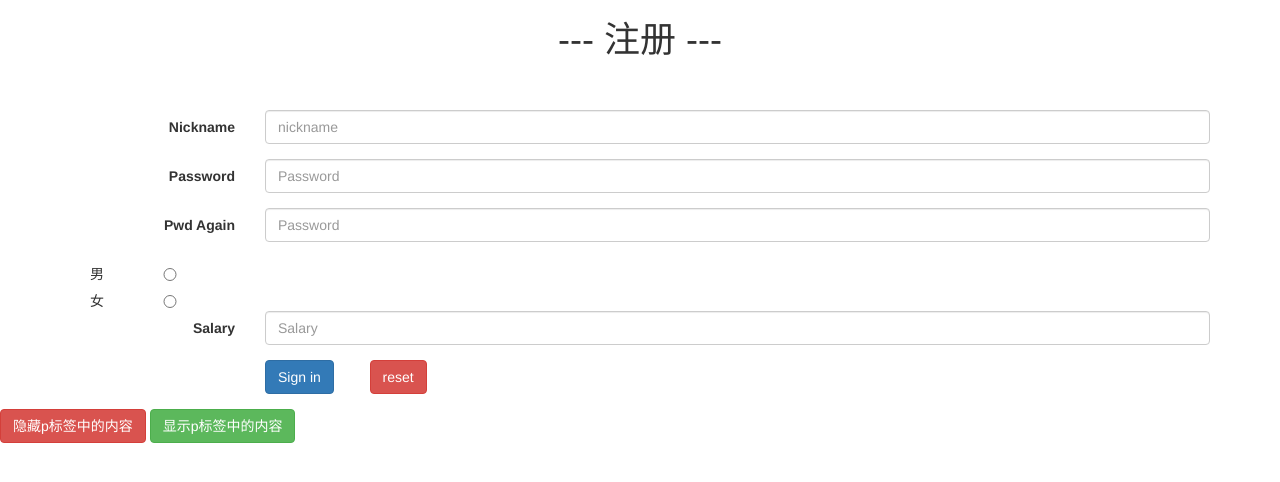
Repository: JuniorProjectTraining/free
Page: http://localhost/emss/register.jsp
An editor plug-in stored every save of this project. The page is shown before and after the next save, followed by the edit.
The browser window is 1280 px wide. The pictures show the whole page.
Some web libraries are served in a nearby version. The page is served by Tomcat 9. Other server files are loaded and not shown.

Above is the page before, as saved 2019-12-25 08:35:50.

### emss/src/main/webapp/register.jsp
<%@ page language="java" contentType="text/html; charset=UTF-8"
    pageEncoding="UTF-8"%>
<!DOCTYPE html>
<html lang="zh-CN">
<head>
<meta charset="UTF-8">
<title>注册界面</title>

<meta http-equiv="X-UA-Compatible" content="IE=edge">
<meta name="viewport" content="width=device-width, initial-scale=1">
<!-- 上述3个meta标签*必须*放在最前面，任何其他内容都*必须*跟随其后！ -->
<title>Bootstrap 101 Template</title>

<!-- 引入jquery框架 -->
<script src="https://cdn.staticfile.org/jquery/1.10.2/jquery.min.js"></script>

<!-- Bootstrap -->

<link
	href="https://cdn.jsdelivr.net/npm/bootstrap@3.3.7/dist/css/bootstrap.min.css"
	rel="stylesheet">

    <style type="text/css">
    	input{
    		width: 200px;
    	}

    </style>

</head>


<body>
	<div class="container">
		<h1 style="text-align: center;"> --- 注册 ---</h1>
		<br>
		<br>

		<form class="form-horizontal" action="${pageContext.request.contextPath}/EmpServlet?cmd=register"
		method="post">

			<div class="form-group">
				<label for="nickname" class="col-sm-2 control-label">Nickname</label>
				<div class="col-sm-10">
					<input type="text" class="form-control" id="nickname"
						placeholder="nickname" name="nickname" onclick="nMsg()">
				</div>
				<span id = "nicknameSpan"></span>
			</div>

			<div class="form-group">
				<label for="password1" class="col-sm-2 control-label">Password</label>
				<div class="col-sm-10">
					<input type="password" class="form-control" id="password1"
						placeholder="Password" name="password">
				</div>
				<span id = "password1Span"></span>
			</div>

			<div class="form-group">
				<label for="password2" class="col-sm-2 control-label">Pwd Again</label>
				<div class="col-sm-10">
					<input type="password" class="form-control" id="password2"
						placeholder="Password">
				</div>
				<span id = "password2Span"></span>
			</div>

			<div>
				<label class="radio-inline">
  					<input type="radio" name="inlineRadioOptions" id="inlineRadio1" value="option1"> 男
				</label>
			</div>

			<div>
				<label class="radio-inline">
  					<input type="radio" name="inlineRadioOptions" id="inlineRadio2" value="option2"> 女
				</label>
			</div>

			<div class="form-group">
				<label for="salary" class="col-sm-2 control-label">Salary</label>
				<div class="col-sm-10">
					<input type="text" class="form-control" id="salary"
						placeholder="Salary" name="salary">
				</div>
				<span id = "salarySpan"></span>
			</div>

			<div class="form-group">
				<div class="col-sm-offset-2 col-sm-10">
					<button type="submit" class="btn btn-primary">Sign in</button>
					&emsp;&emsp;
					<button type="reset" class="btn btn-danger">reset</button>
				</div>
			</div>

		</form>
	</div>

	<!-- /container -->
	<!-- jQuery (Bootstrap 的所有 JavaScript 插件都依赖 jQuery，所以必须放在前边) -->
	<script
		src="https://cdn.jsdelivr.net/npm/jquery@1.12.4/dist/jquery.min.js"></script>
	<!-- 加载 Bootstrap 的所有 JavaScript 插件。你也可以根据需要只加载单个插件。 -->
	<script
		src="https://cdn.jsdelivr.net/npm/bootstrap@3.3.7/dist/js/bootstrap.min.js"></script>

		<button id="hideP" class="btn btn-danger">隐藏p标签中的内容</button>
		<button id="showP" class="btn btn-success">显示p标签中的内容</button>

</body>

<script type="text/javascript">

	/* 当光标放入到nickname的输入框中, 则提示输入信息 */
	function nMsg(){
		// alert("点击了nickname输入框");

		// 获取对应的span标签,
		var nSpan = document.getElementById("nicknameSpan");

		// 在span标签中显示提示内容
		nSpan.innerHTML = "<font color='blue'>请输入8到16位的昵称</font>";
	}

	/* 当光标放入到password的输入框中, 则提示输入信息 */
	function nMsg(){
		var nSpan = document.getElementById("password");
		nSpan.innerHTML = "<font color='blue'>请输入8到16位的密码</font>";
	}

	/* 当光标放入到pwd again的输入框中, 则提示输入信息 */
	function nMsg(){
		var nSpan = document.getElementById("password");
		nSpan.innerHTML = "<font color='blue'>请重复输入相同的密码</font>";
	}

	/* 当光标放入到password的输入框中, 则提示输入信息 */
	function nMsg(){
		var nSpan = document.getElementById("password");
		nSpan.innerHTML = "<font color='blue'>请输入工资</font>";
	}

</script>
</html>

After the next save:
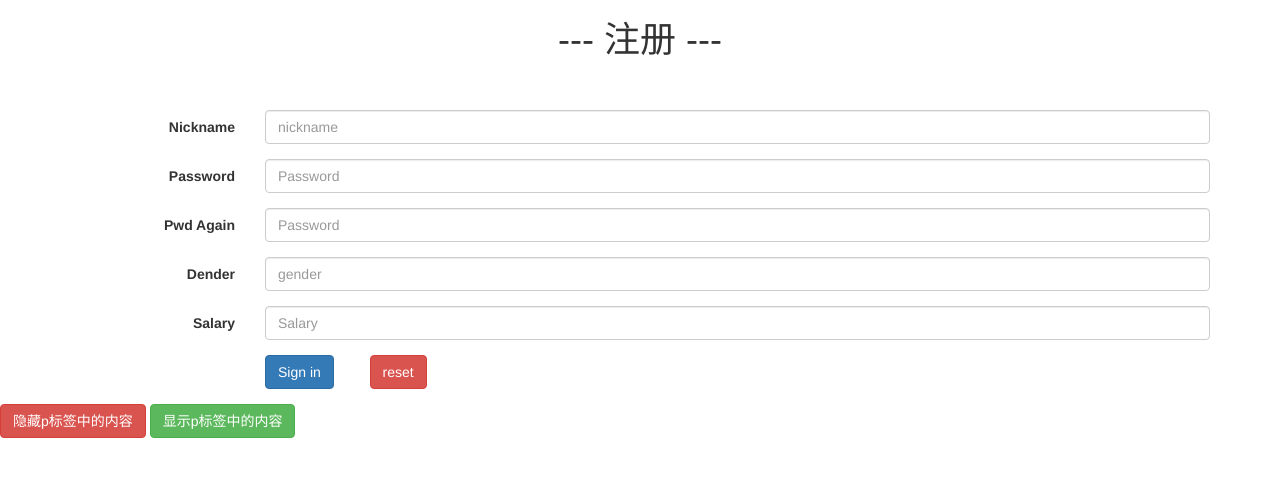
Saved 112 s later.
--- a/emss/src/main/webapp/register.jsp
+++ b/emss/src/main/webapp/register.jsp
@@ -66,16 +66,13 @@
 				<span id = "password2Span"></span>
 			</div>
 
-			<div>
-				<label class="radio-inline">
-  					<input type="radio" name="inlineRadioOptions" id="inlineRadio1" value="option1"> 男
-				</label>
-			</div>
-
-			<div>
-				<label class="radio-inline">
-  					<input type="radio" name="inlineRadioOptions" id="inlineRadio2" value="option2"> 女
-				</label>
+			<div class="form-group">
+				<label for="gender" class="col-sm-2 control-label">Dender</label>
+				<div class="col-sm-10">
+					<input type="gender" class="form-control" id="gender"
+						placeholder="gender">
+				</div>
+				<span id = "gender"></span>
 			</div>
 
 			<div class="form-group">
